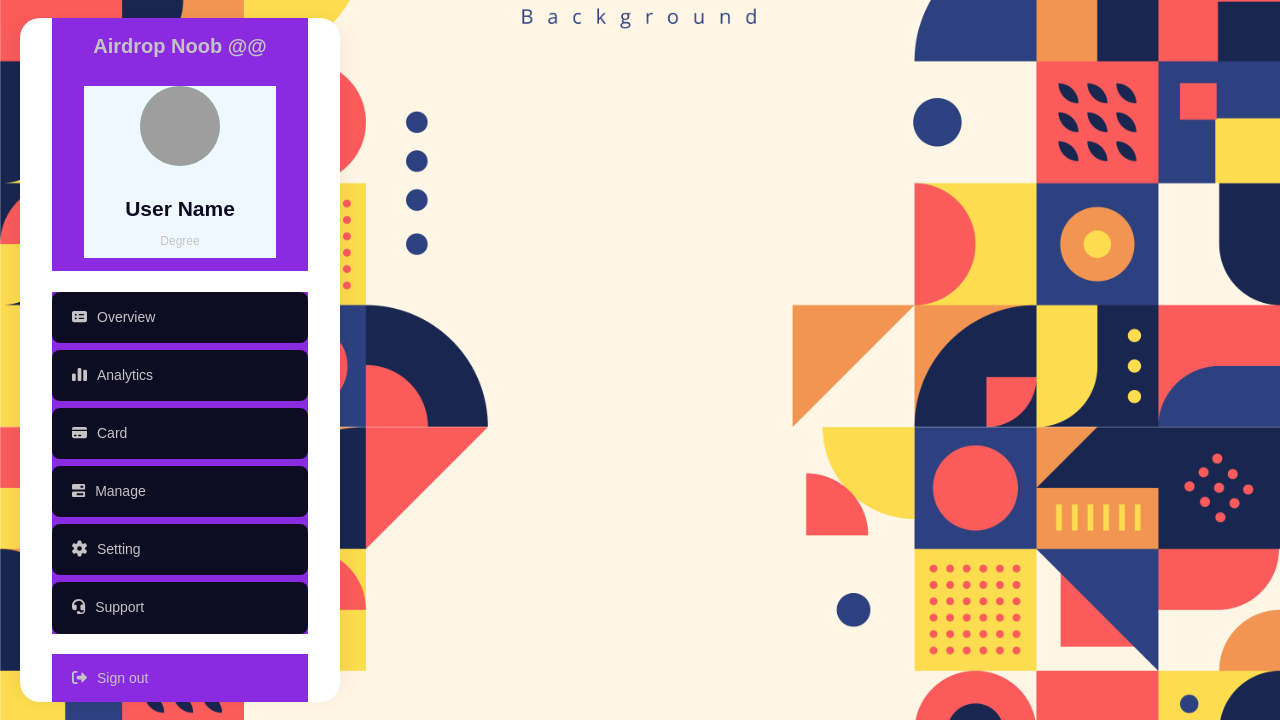
Repository: conGaStuer/airdropmamager
Page: /
The author's editor kept a copy of each file at every save. The page is drawn from the files as they stood at one save, then again after the next save.
The browser window is 1280 px wide. The pictures show the whole page.
Pictures or frames that could not be fetched are drawn as grey boxes. The project was rebuilt for these pictures with package versions that can differ from the ones it lists, and the page was loaded fresh each time. The framework's server and built-in components were replaced by stand-ins that run in the browser. Also part of the build but not shown: next.config.ts.

Above is the page before, as saved 2025-05-25 19:57:40.

### src/app/layout.tsx
import type { Metadata } from "next";
import { Geist, Geist_Mono } from "next/font/google";
import "../styles/globals.css";
import "../lib/fontawesome";
const geistSans = Geist({
  variable: "--font-geist-sans",
  subsets: ["latin"],
});

const geistMono = Geist_Mono({
  variable: "--font-geist-mono",
  subsets: ["latin"],
});

export const metadata: Metadata = {
  title: "Create Next App",
  description: "Generated by create next app",
};

export default function RootLayout({
  children,
}: Readonly<{
  children: React.ReactNode;
}>) {
  return (
    <html lang="en">
      <body
        className={`${geistSans.variable} ${geistMono.variable} antialiased`}
      >
        {children}
      </body>
    </html>
  );
}

### src/app/page.tsx
import Link from "next/link";
import SideBar from "../components/SideBar";
export default function Home() {
  return (
    <div className="home">
      {/* <Link href="/airdrops">
        <button>Đi đến trang Airdrops</button>
      </Link> */}
      <SideBar />
    </div>
  );
}

### src/styles/globals.css
@tailwind base;
@tailwind components;
@tailwind utilities;

:root {
  --background: #ffffff;
  --foreground: #171717;
}

@media (prefers-color-scheme: dark) {
  :root {
    --background: #0a0a0a;
    --foreground: #ededed;
  }
}

body {
  color: var(--foreground);
  background: var(--background);
  font-family: Arial, Helvetica, sans-serif;
  background-image: url("../styles/bg.jpg");
  background-size: cover;
  background-position: center;
}

### src/lib/fontawesome.js
// src/lib/fontawesome.js
import { config } from "@fortawesome/fontawesome-svg-core";
import "@fortawesome/fontawesome-svg-core/styles.css";
config.autoAddCss = false; // ⛔️ Ngăn tự thêm CSS vì Next.js xử lý riêng

### src/components/SideBar.js
import React from "react";
import "../styles/sideBar.scss";
import { FontAwesomeIcon } from "@fortawesome/react-fontawesome";
import {
  faEdit,
  faTrash,
  faRectangleList,
  faChartSimple,
  faCreditCard,
  faBarsProgress,
  faGear,
  faHeadset,
  faRightFromBracket,
} from "@fortawesome/free-solid-svg-icons";

export default function SideBar() {
  return (
    <div className="side-bar">
      <div className="side-info">
        <h4>Airdrop Noob @@</h4>
        <div className="user-profile">
          <img src="/path/to/image.jpg" />
          <h4>User Name</h4>
          <p>Degree</p>
        </div>
      </div>
      <div className="side-menu">
        <div className="menu-element">
          <FontAwesomeIcon icon={faRectangleList} className="icon" />
          <span>Overview</span>
        </div>
        <div className="menu-element">
          <FontAwesomeIcon icon={faChartSimple} className="icon" />
          <span>Analytics</span>
        </div>
        <div className="menu-element">
          <FontAwesomeIcon icon={faCreditCard} className="icon" />
          <span>Card</span>
        </div>
        <div className="menu-element">
          <FontAwesomeIcon icon={faBarsProgress} className="icon" />
          <span>Manage</span>
        </div>
        <div className="menu-element">
          <FontAwesomeIcon icon={faGear} className="icon" />
          <span>Setting</span>
        </div>
        <div className="menu-element">
          <FontAwesomeIcon icon={faHeadset} className="icon" />

          <span>Support</span>
        </div>
      </div>
      <div className="side-logout">
        <FontAwesomeIcon icon={faRightFromBracket} className="icon" />
        <span>Sign out</span>
      </div>
    </div>
  );
}

### src/styles/sideBar.scss
@mixin center-div {
  display: flex;
  flex-direction: column;
  justify-content: space-between;
  align-items: center;
}
@mixin no-space-text {
  margin: 0px;
  padding: 0px;
}
.side-bar {
  @include center-div();
  width: 25%;
  height: 95vh;
  position: fixed;
  top: 2.5%;
  left: 20px;
  border-radius: 20px;
  background-color: white;
  color: #c4c4c4;
  box-shadow: 10px 0 20px -5px rgba(0, 0, 0, 0.05),
    -10px 0 20px -5px rgba(0, 0, 0, 0.05);
  .icon {
    font-size: 15px;
    margin-right: 10px;
    position: relative;
    top: -1px;
  }
  .side-info {
    width: 80%;
    height: 37%;
    background-color: blueviolet;
    display: flex;
    flex-direction: column;
    justify-content: space-around;
    align-items: center;

    h4 {
      @include no-space-text();
      font-size: 20px;
      font-weight: bold;
    }
    .user-profile {
      width: 75%;
      height: 68%;
      background-color: aliceblue;
      @include center-div();

      img {
        width: 80px;
        height: 80px;
        border-radius: 50%;
        background-color: aquamarine;
      }
      h4 {
        font-size: 21px;
        font-weight: bold;
        @include no-space-text();
        position: relative;
        top: 5px;
        color: #0d0c22;
      }
      p {
        @include no-space-text();
        font-size: 12px;
        position: relative;
        top: -8px;
      }
    }
  }
  .side-menu {
    width: 80%;
    height: 50%;
    background-color: blueviolet;
    @include center-div();

    .menu-element {
      width: 100%;
      height: 15%;
      background-color: #0d0c22;
      border-radius: 8px;
      font-size: 14px;
      display: flex;
      align-items: center;
      padding: 20px;
      color: #c4c4c4;
    }
  }
  .side-logout {
    width: 80%;
    height: 7%;
    background-color: blueviolet;
    display: flex;
    align-items: center;
    padding: 20px;
    span {
      font-size: 14px;
    }
  }
}

Loaded but not shown: tailwind.config.ts (common file)

After the next save:
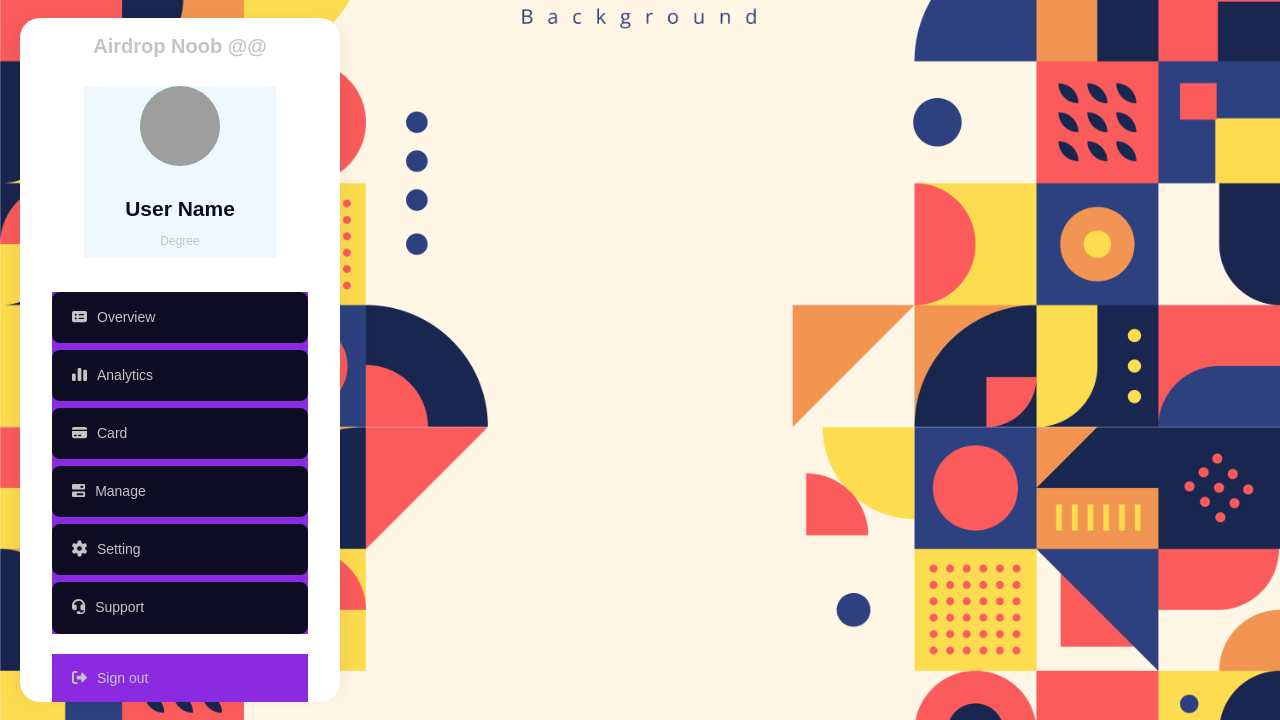
Saved 19 s later.
--- a/src/styles/sideBar.scss
+++ b/src/styles/sideBar.scss
@@ -29,7 +29,6 @@
   .side-info {
     width: 80%;
     height: 37%;
-    background-color: blueviolet;
     display: flex;
     flex-direction: column;
     justify-content: space-around;
